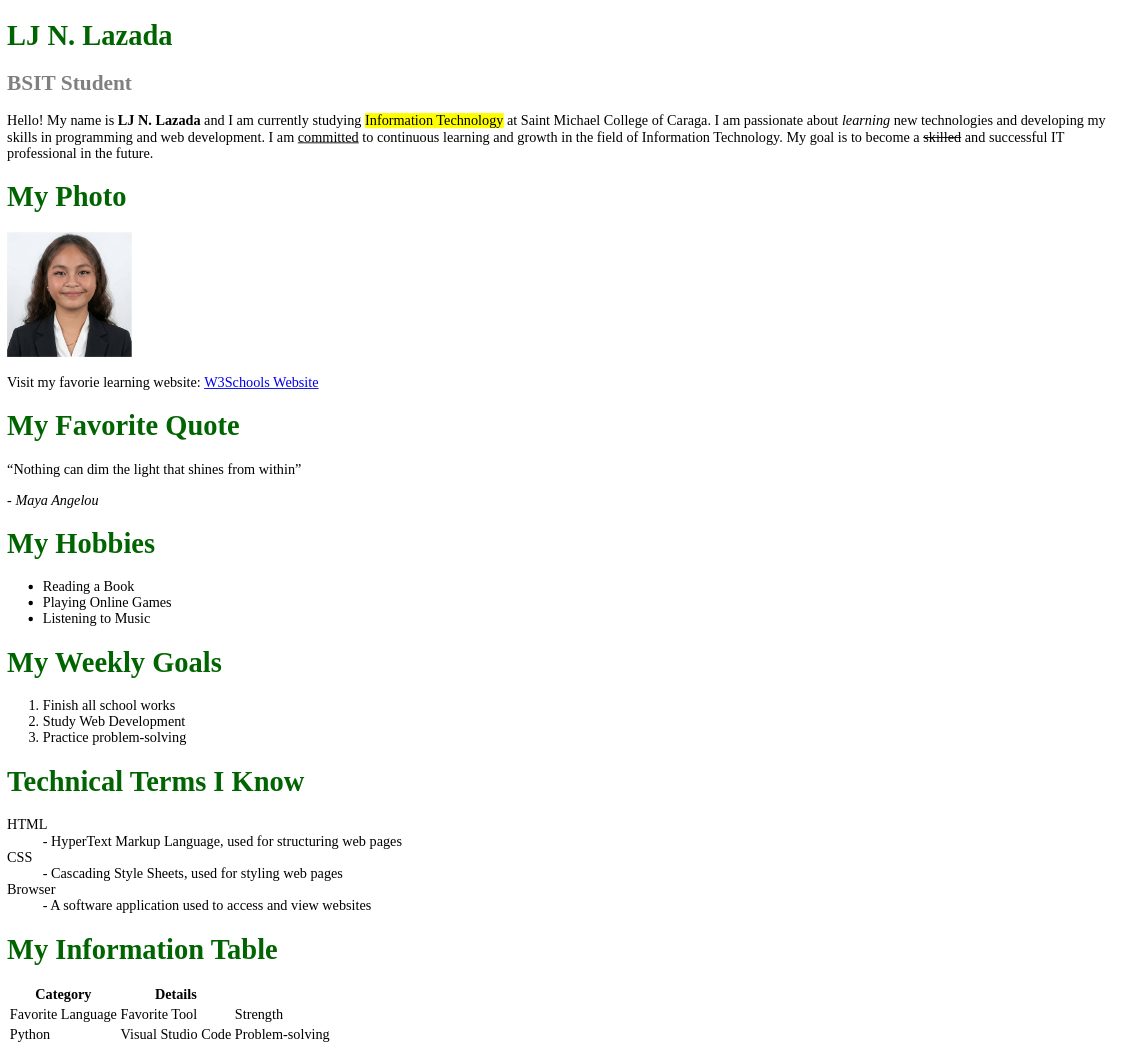
Repository: ljlazada11/myfirsthtml
Page: index.html
These files come from the project's save history. The page is drawn as it stood at one moment and after the next save; the edit follows.
The browser window is 1280 px wide. The pictures show the whole page, at 89% of full size.

Above is the page before, as saved 2026-06-24 20:36:43.

After the next save:
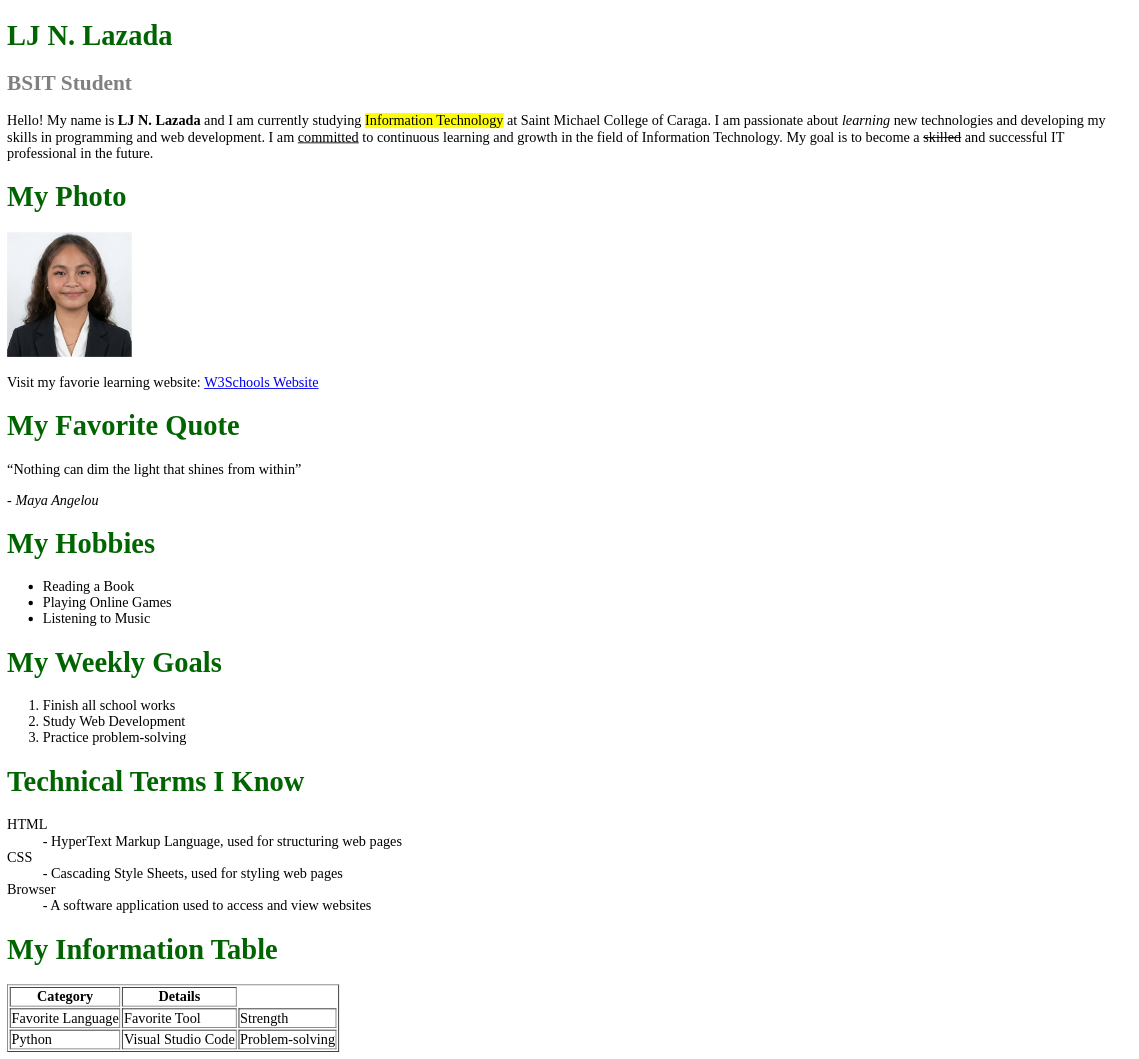
Saved 68 s later.
--- a/index.html
+++ b/index.html
@@ -46,7 +46,7 @@
     </dl>
 </body>
     <h1 style="color:darkgreen">My Information Table</h1>
-<table style="width: 40;%">
+<table border="1">
   <tr>
     <th>Category</th>
     <th>Details</th>
